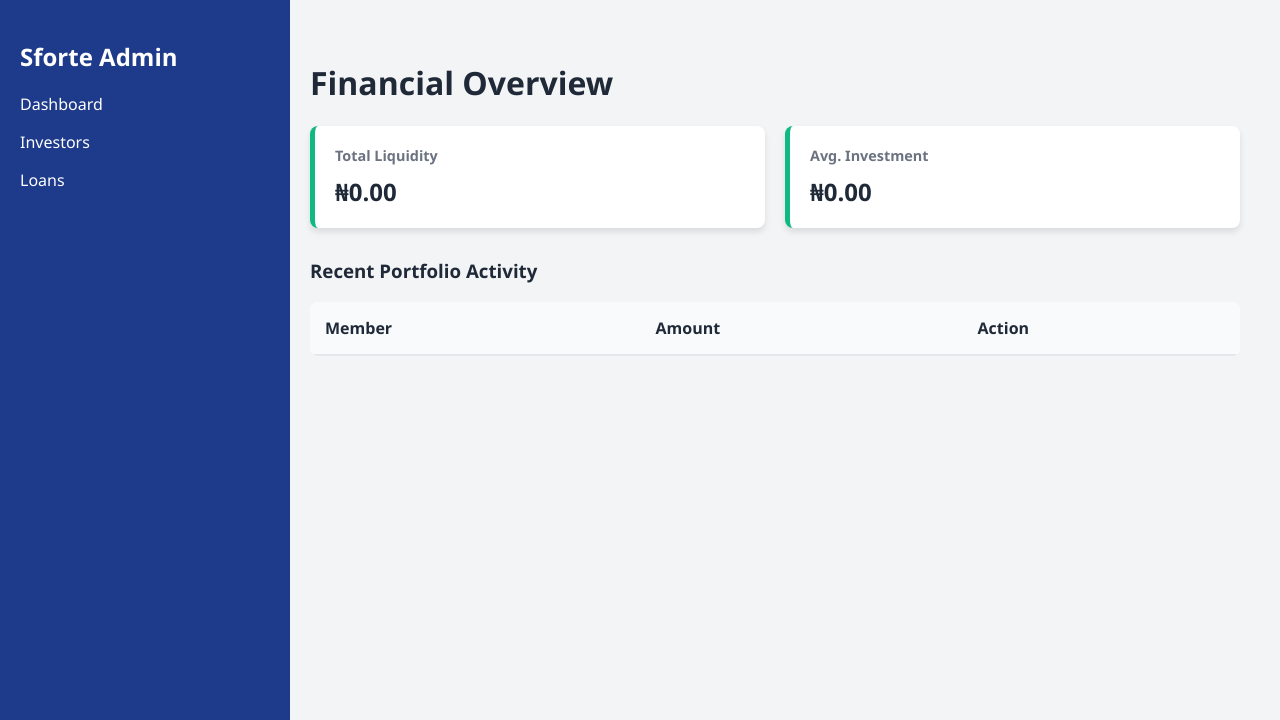
Repository: emmanuel2011-program/sql-relational-database-practice
Page: public/index.html
The author's editor kept a copy of each file at every save. The page is drawn from the files as they stood at one save, then again after the next save.
The browser window is 1280 px wide. The pictures show the whole page.
The page's requests for data from a server got no answer.

Above is the page before, as saved 2026-03-27 12:55:03.

After the next save:
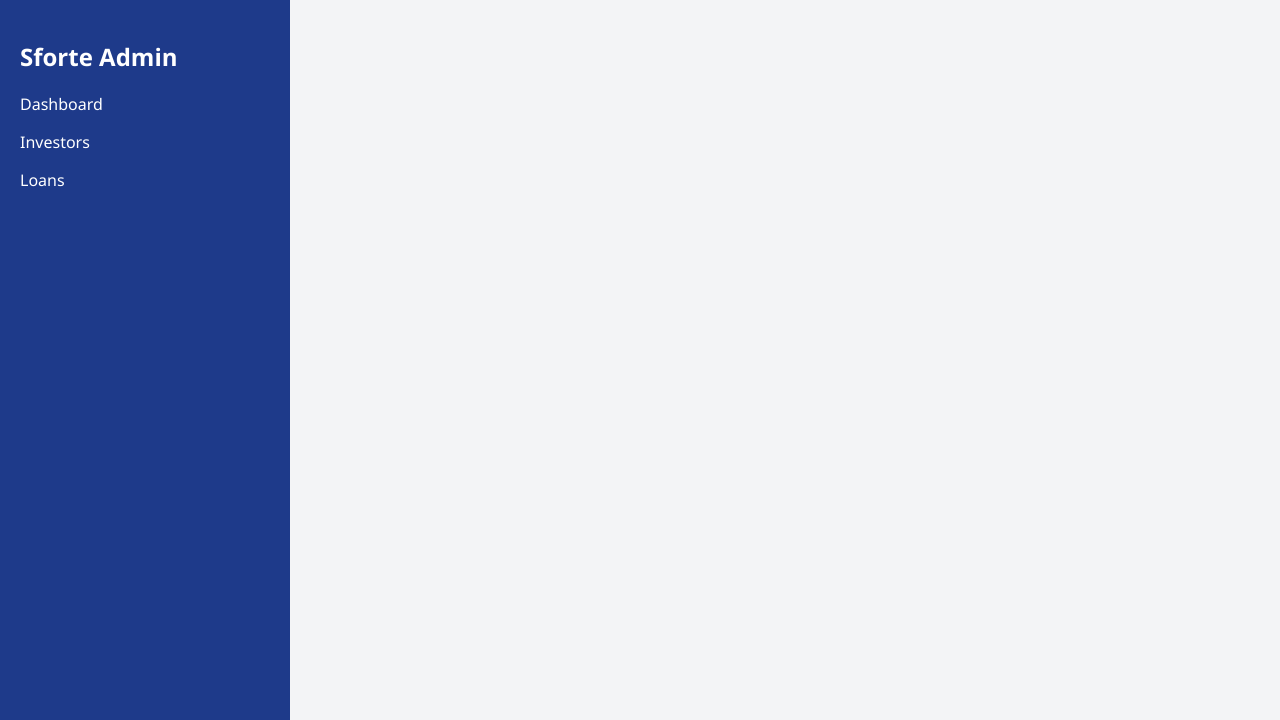
Saved 2 min 13 s later.
--- a/public/index.html
+++ b/public/index.html
@@ -6,44 +6,13 @@
     <link rel="stylesheet" href="style.css"> </head>
 <body>
     <div class="sidebar">
-        <h2>Sforte Admin</h2>
-        <nav>
-            <p>Dashboard</p>
-            <p>Investors</p>
-            <p>Loans</p>
-        </nav>
-    </div>
-
-    <div class="main-content">
-        <h1>Financial Overview</h1>
-
-        <div class="stats-grid">
-            <div class="card">
-                <h3>Total Liquidity</h3>
-                <p id="total-funds">₦0.00</p>
-            </div>
-            <div class="card">
-                <h3>Avg. Investment</h3>
-                <p id="avg-funds">₦0.00</p>
-            </div>
-        </div>
-
-        <div class="table-container">
-            <h3>Recent Portfolio Activity</h3>
-            <table>
-                <thead>
-                    <tr>
-                        <th>Member</th>
-                        <th>Amount</th>
-                        <th>Action</th>
-                    </tr>
-                </thead>
-                <tbody id="investor-table-body">
-                    </tbody>
-            </table>
-        </div>
-    </div>
-
+    <h2>Sforte Admin</h2>
+    <nav id="side-nav">
+        <p class="nav-item active" onclick="showPage('dashboard', this)">Dashboard</p>
+        <p class="nav-item" onclick="showPage('investors', this)">Investors</p>
+        <p class="nav-item" onclick="showPage('loans', this)">Loans</p>
+    </nav>
+</div>
     <script src="script.js"></script>
 </body>
 </html>
